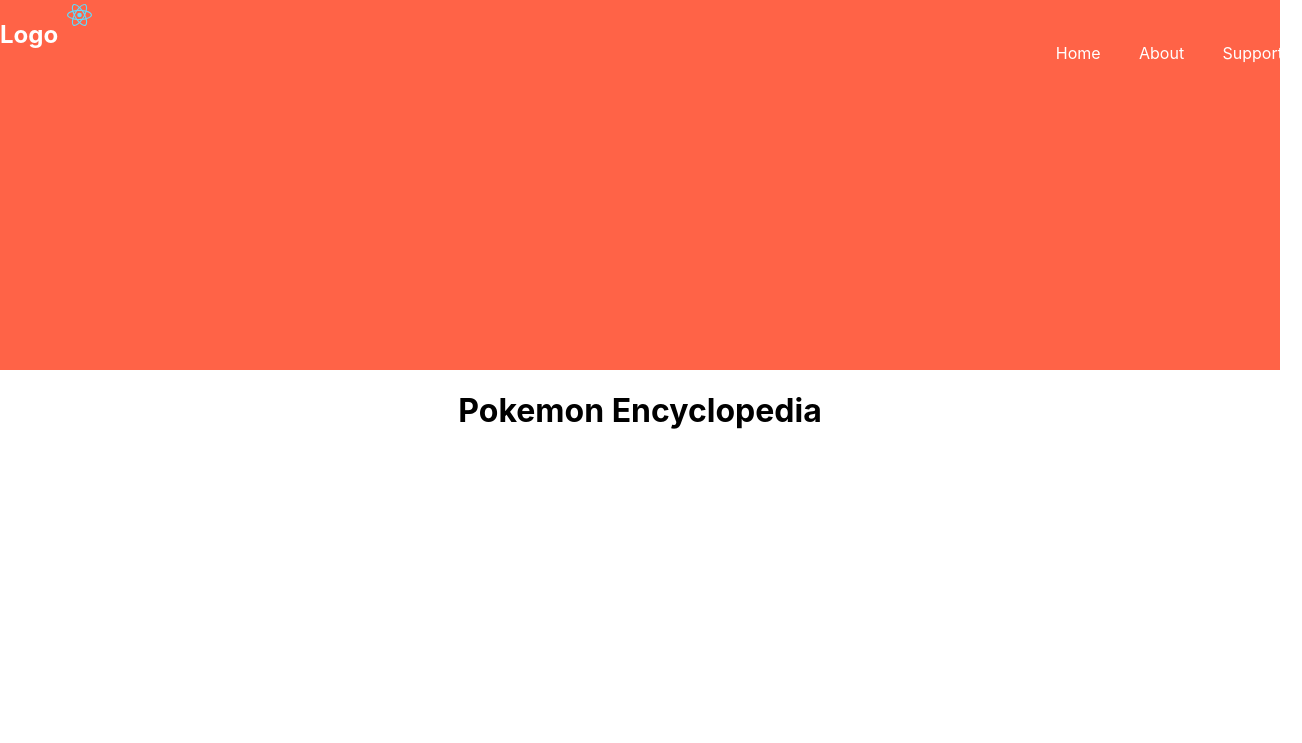
Repository: Gibberlin/pokedex
Page: /
The author's editor kept a copy of each file at every save. The page is drawn from the files as they stood at one save, then again after the next save.
The browser window is 1280 px wide. The page is 1302 px wide, so the pictures cover 1302 px, including what lies to the right of the window. The pictures show the whole page.
The project was rebuilt for these pictures with package versions that can differ from the ones it lists, and the page was loaded fresh each time.

Above is the page before, as saved 2021-09-28 23:03:46.

### src/App.js
import logo from './logo.svg';
import Nav from "./components/Nav"
import './App.css';

function App() {
  return (
    <div>
    <Nav />
    <h1>Pokemon Encyclopedia</h1>

    </div>
  );
}

export default App;

### src/components/Nav.js
import React from 'react'
import logo from "../logo.svg";
import "../App.css";
const Nav = () => {
    return (
        <nav>
        <h1>Logo</h1>
            <img src={logo} alt="Poke" height="30px"/>

            <ul>
                <li>Home</li>
                <li>About</li>
                <li>Support</li>
            </ul>
        </nav>
    )
}

export default Nav

### src/App.css
ul {
  margin-left: 70%;
  list-style-type: none;
  display: flex;
}
li {
  margin: 0.2rem;
  padding: 1.5rem 1rem 1.5rem 1rem;
  cursor: pointer;
  border-radius: 5px;
}
nav {
  display: flex;
  background: tomato;
  color: #fff;
}
li:hover {
  color: #18f;
  background-color: #fff;
}
h1 {
  text-align: center;
  height: 330px;

  background-color: linear-gradient(45 deg, red, blue);
}

Loaded but not shown: public/index.html (common file); src/index.js (common file); src/index.css (common file)

After the next save:
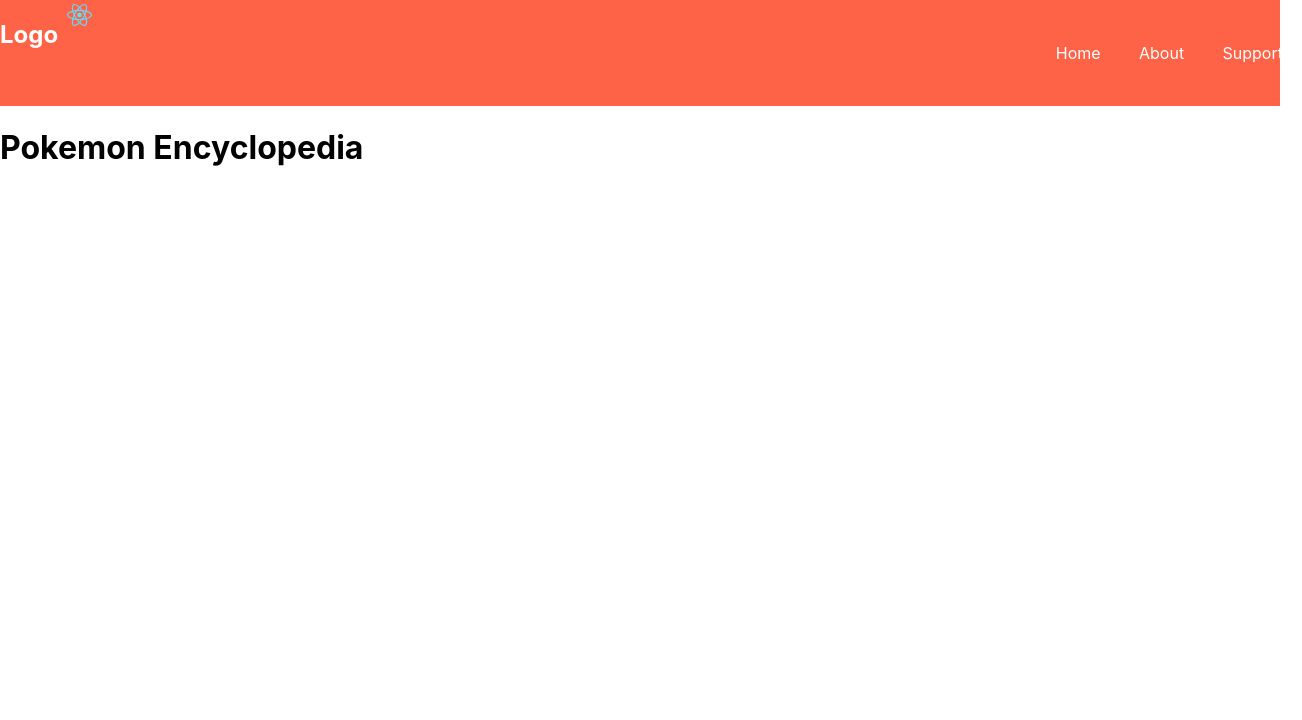
Saved 10 s later.
--- a/src/App.css
+++ b/src/App.css
@@ -19,8 +19,4 @@
   background-color: #fff;
 }
 h1 {
-  text-align: center;
-  height: 330px;
-
-  background-color: linear-gradient(45 deg, red, blue);
 }
